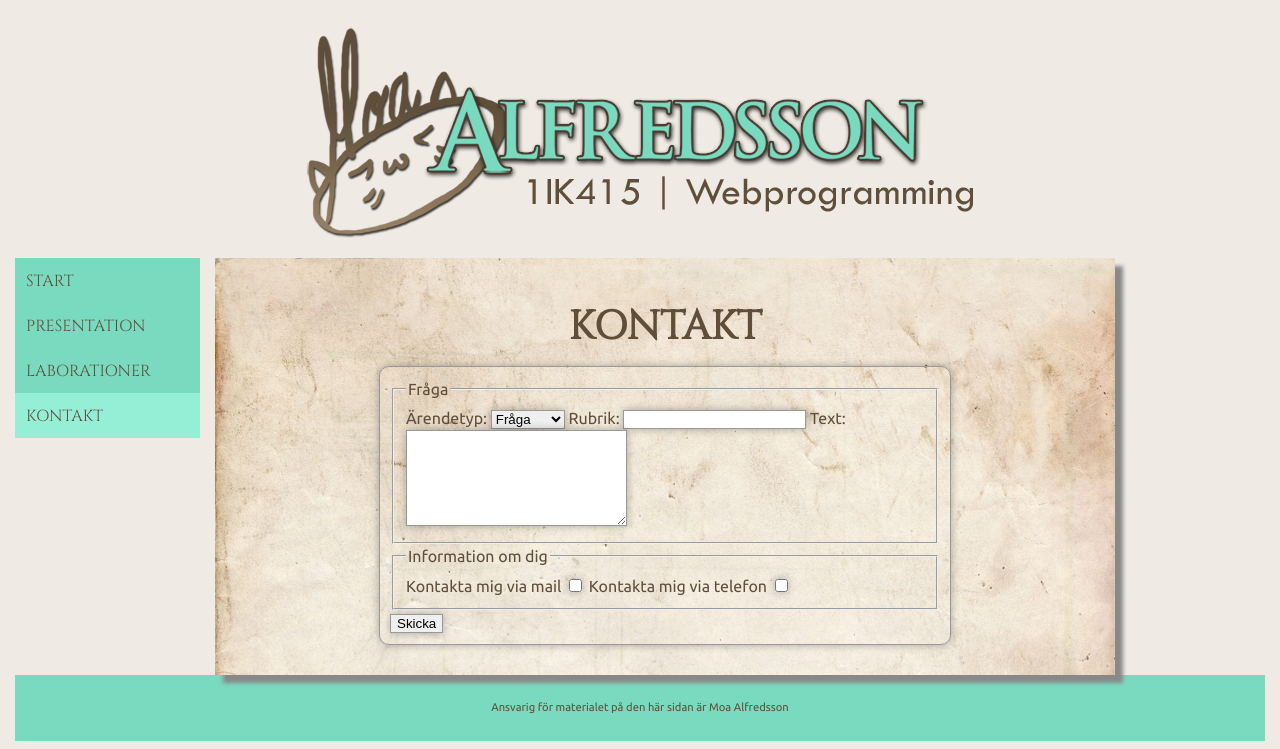
Repository: ma223md/1ik415
Page: pages/kontakt.html
The author's editor kept a record of every edit. The page is drawn from the files as they stood at one moment, then again after the next edit.
The browser window is 1280 px wide. The pictures show the whole page.

Above is the page before.

After the next edit:
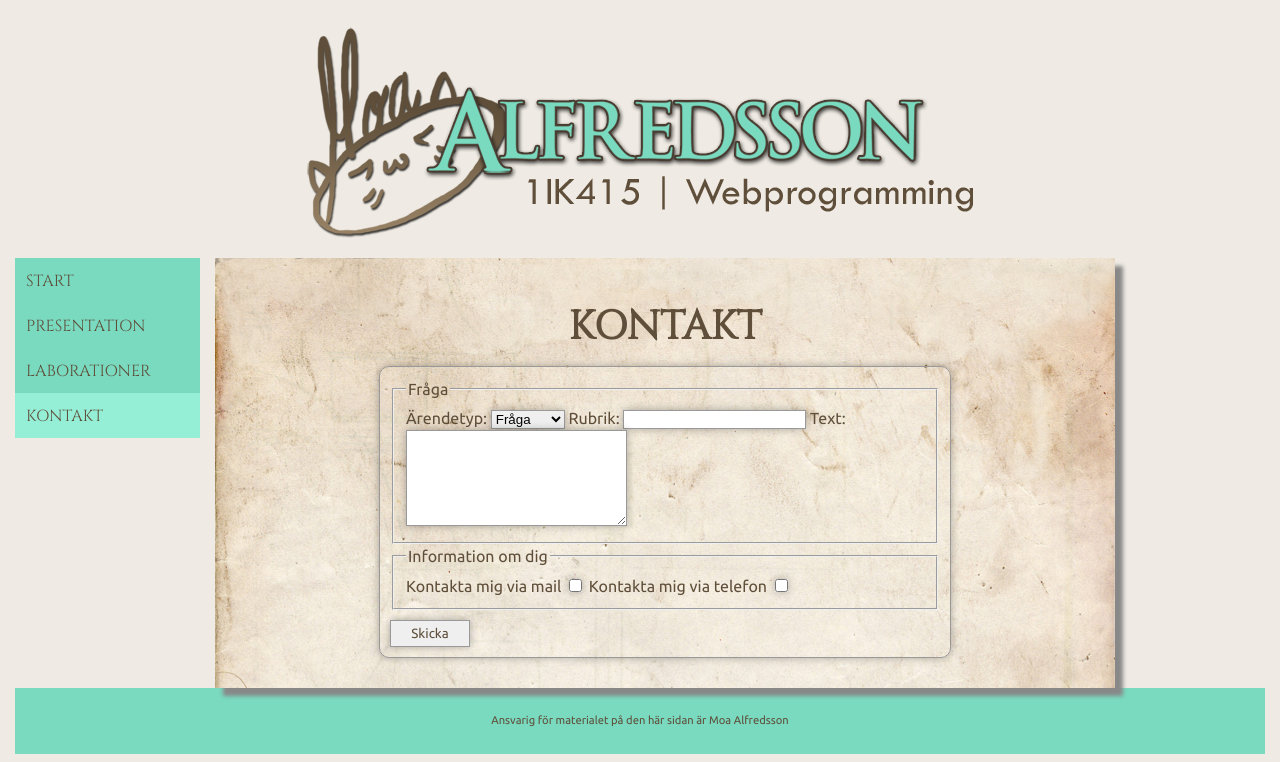
The edit:
--- a/pages/kontakt.html
+++ b/pages/kontakt.html
@@ -39,7 +39,7 @@
                         <span>Kontakta mig via mail</span> <input type="checkbox" name="contact" value="mail">
                         <span>Kontakta mig via telefon</span> <input type="checkbox" name="contact" value="phone">
                     </fieldset>
-                    <input type="submit" value="Skicka" name="send">
+                    <input type="submit" value="Skicka" name="send" class="button">
                 </form>
             </div>
             <div id="footer">
